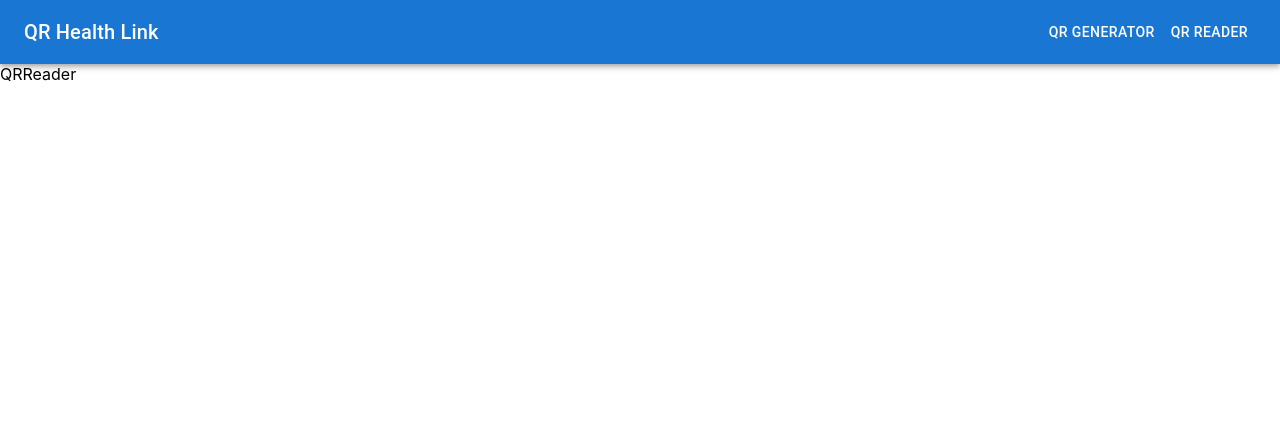
Repository: justinknguyen/ensf-609-group-8
Page: /qr-reader (app in qr-healthlink/)
These files come from the project's save history. The page is drawn as it stood at one moment and after a run of saves; the edit follows.
The browser window is 1280 px wide. The pictures show the whole page.
The project was rebuilt for these pictures with package versions that can differ from the ones it lists, and the page was loaded fresh each time. Also part of the build but not shown: qr-healthlink/src/containers/NotFound.css, qr-healthlink/src/containers/NotFound.js, qr-healthlink/src/containers/Home.js, qr-healthlink/src/containers/QRGenerator.js.

Above is the page before, as saved 2023-03-04 11:15:47.

### qr-healthlink/src/index.js
import React from 'react';
import ReactDOM from 'react-dom/client';
import './index.css';
import App from './App';
import reportWebVitals from './reportWebVitals';
import { BrowserRouter as Router } from "react-router-dom";

const root = ReactDOM.createRoot(document.getElementById('root'));
root.render(
  <React.StrictMode>
    <Router>
      <App />
    </Router>
  </React.StrictMode>
);

### qr-healthlink/src/App.js

import React from "react";
import AppBar from "@mui/material/AppBar";
import Toolbar from "@mui/material/Toolbar";
import Typography from "@mui/material/Typography";
import Button from "@mui/material/Button";
import { Link } from "react-router-dom";
import Routes from "./Routes";
import "./App.css";

function App() {
  return (
    <div>
      <AppBar position="static">
        <Toolbar className="navStyle">
          <Typography
            variant="h6"
            className="navTitleStyle"
            component={Link}
            to="/"
          >
            QR Health Link
          </Typography>
          <Button
            className="navButtonStyle"
            color="inherit"
            component={Link}
            to="/qr-generator"
          >
            QR Generator
          </Button>
          <Button
            className="navButtonStyle"
            color="inherit"
            component={Link}
            to="/qr-reader"
          >
            QR Reader
          </Button>
        </Toolbar>
      </AppBar>
      <Routes />
    </div>
  );
}

export default App;

### qr-healthlink/src/Routes.js
import React from "react";
import { Route, Routes } from "react-router-dom";

import NotFound from "./containers/NotFound";
import Home from "./containers/Home";
import QRGenerator from "./containers/QRGenerator";
import QRReader from "./containers/QRReader";

export default function Links() {
  return (
    <Routes>
        <Route path="/" element={<Home />} />
        <Route path="/qr-generator" element={<QRGenerator />} />
        <Route path="/qr-reader" element={<QRReader />} />
        {
          /* Finally, catch all unmatched routes */
        }
        <Route path="*" element={<NotFound />} />;
    </Routes>
  );
}

### qr-healthlink/src/containers/QRReader.js
export default function QRReader() {
  return <>QRReader</>;
};

### qr-healthlink/src/containers/Home.css
.Home .lander {
    padding: 80px 0;
    text-align: center;
}

.Home .lander h1 {
font-family: "Open Sans", sans-serif;
font-weight: 600;
}

Loaded but not shown: qr-healthlink/public/index.html (common file); qr-healthlink/src/index.css (common file); qr-healthlink/src/reportWebVitals.js (common file); qr-healthlink/src/App.css (common file)

After the next 2 saves:
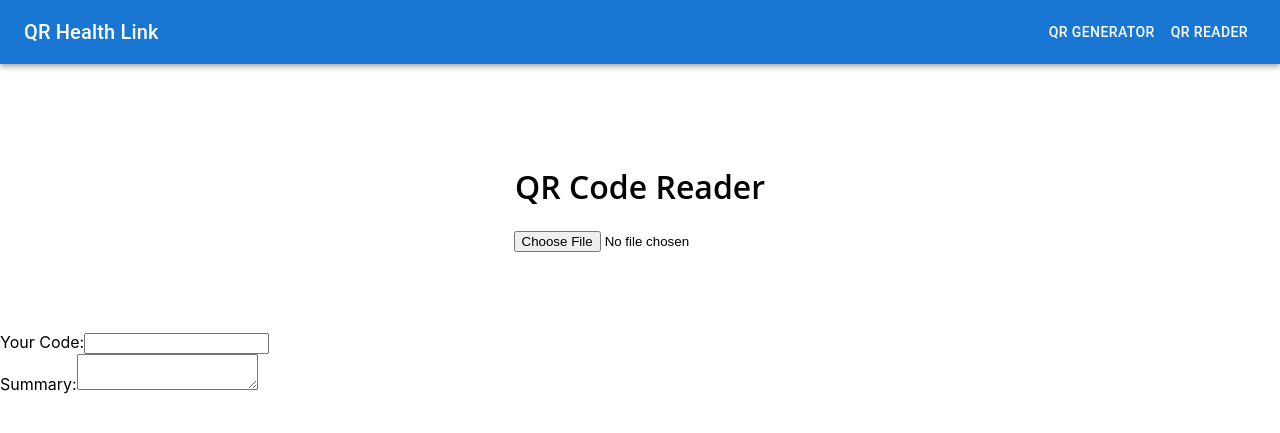
The 2 saves are shown as one change because 1 did not build or start.
The last was saved 114 s later.
--- a/qr-healthlink/src/containers/QRReader.js
+++ b/qr-healthlink/src/containers/QRReader.js
@@ -1,3 +1,93 @@
-export default function QRReader() {
-  return <>QRReader</>;
-};
+import { React, useState, useRef } from "react";
+import jsQR from "jsqr"
+import CryptoJS from 'crypto-js';
+
+export default function QRGenerator() {
+
+	const [imgDataLink, setimgDataLink] = useState(null)
+	const [imgData, setimgData] = useState(null);
+	const [data, setData] = useState('');
+	const encryptKey = useRef('123')
+
+	const handleImgUpload = (e) => {
+	  const file = e.target.files[0];
+	  const reader = new FileReader();
+
+	  reader.onloadend = () => {
+		setimgDataLink(reader.result)
+		loadDataFromImage(reader.result)
+		decryptDataFromCode()
+	  };
+	  reader.readAsDataURL(file);
+	};
+
+
+	const loadDataFromImage = (file, callback) => {
+	  const image = new Image()
+
+	  image.onload = function() {
+		const canvas = document.createElement('canvas');
+		canvas.width = image.width;
+		canvas.height = image.height;
+
+		const context = canvas.getContext('2d');
+		context.drawImage(image, 0, 0);
+
+		const imageData = context.getImageData(0, 0, canvas.width, canvas.height);
+
+		setimgData({
+			"data": imageData.data,
+			"width": image.naturalWidth,
+			"height": image.naturalHeight,
+		})
+	  };
+
+
+	  image.src = file
+	}
+
+	const decryptDataFromCode = () => {
+		if (!imgData) return
+		console.log(encryptKey.current.value.length)
+		if (encryptKey.current.value.length !== 6) return
+		const code = jsQR(imgData.data, imgData.width, imgData.height)
+		if (code) {
+			try {
+				const info = decryptString(code.data, encryptKey.current.value)
+				setData(info)
+			} catch (error) {
+				console.error(error);
+			}
+		}
+	}
+
+
+	const decryptString = (plaintext, key) => {
+	  let decrypted = CryptoJS.AES.decrypt(plaintext, key);
+	  return decrypted.toString(CryptoJS.enc.Utf8)
+	}
+
+	return (
+	  <div className="Home">
+		<div className="lander">
+		  <h1>QR Code Reader</h1>
+		  <input type="file" onChange={handleImgUpload} />
+		  {imgDataLink && (
+			<a href={imgDataLink} target="_blank" rel="noopener noreferrer">
+			  <img src={imgDataLink} alt="QR uploaded" />
+			</a>
+		  )}
+		</div>
+
+		<div className="input-container">
+			  <div className="input-field-container">
+				<label htmlFor="name">Your Code:</label>
+				<input type="text" id="name" className="input-field" ref={encryptKey} onChange={decryptDataFromCode}/>
+			  </div>
+			  <label htmlFor="summary">Summary:</label>
+			  <textarea id="summary" className="input-field summary" value={data} readOnly/>
+		</div>
+
+	  </div>
+	);
+}
